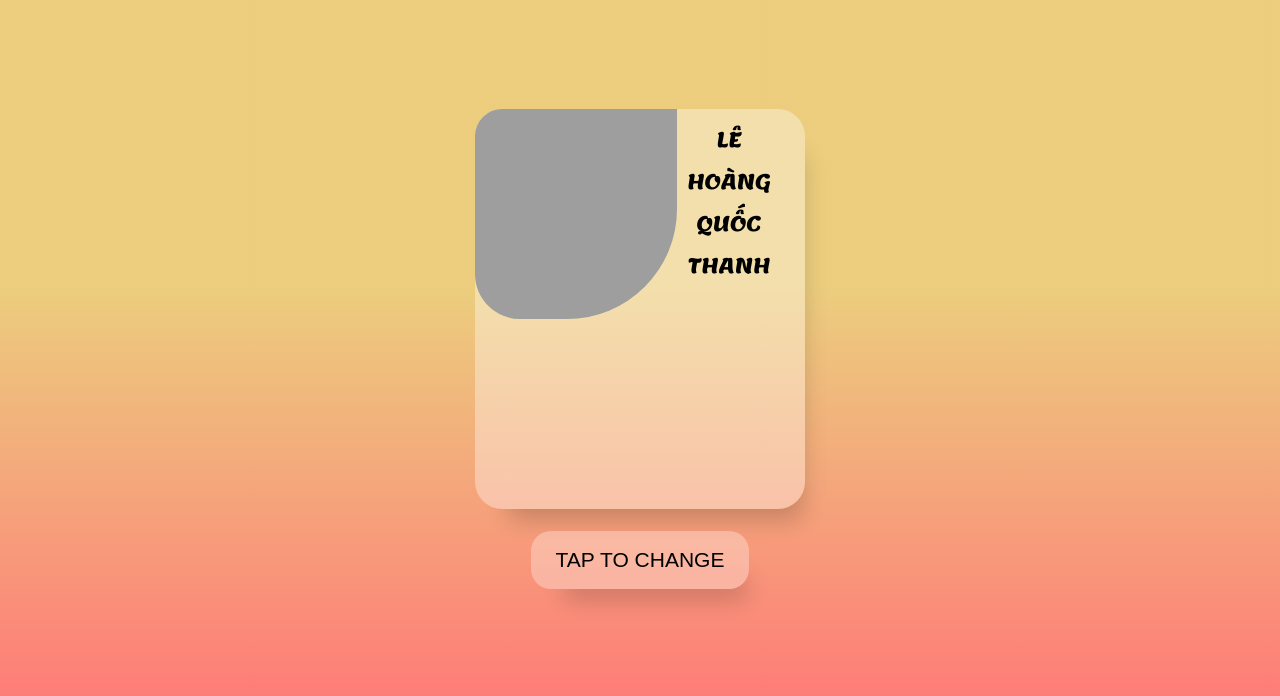
Repository: ThanhThn/profile
Page: index.html
An editor plug-in stored every save of this project. The page is shown before and after the next save, followed by the edit.
The browser window is 1280 px wide. The pictures show the whole page.
Pictures or frames that could not be fetched are drawn as grey boxes. Some web fonts or font styles are not loaded; a fallback is used.

Above is the page before, as saved 2022-12-05 19:31:52.

### index.html
<!DOCTYPE html>
<html lang="en">
<head>
    <meta charset="UTF-8">
    <meta http-equiv="X-UA-Compatible" content="IE=edge">
    <meta name="viewport" content="width=device-width, initial-scale=1.0">
    <title>Document</title>
    <link rel="stylesheet" href="style.css">
</head>
<body>
    <div class="container">
        <div class="content">
            <img src="avata.jpg" alt="avatar">
            <span class="name">LÊ hoàng quốc thanh</span>
        </div>
        <button class="btn">tap to change</button>
    </div>
</body>
</html>

### style.css
@import url('https://fonts.googleapis.com/css2?family=Kodchasan:wght@700&family=Lemonada:wght@300;600;700&family=Pacifico&display=swap');
*{
    padding: 0;
    margin: 0;
    box-sizing: border-box;
}

body{
    background:  linear-gradient( to bottom, rgba(223, 172,39,60%) 40%, rgba(255,22,22,58%) 100% );
    width: 100%;
    height: 100vh;
}
.container{
    position: absolute;
    top: 50%;
    left: 50%;
    transform: translate(-50%, -50%);
    display: flex;
    flex-direction: column;
    align-items: center;
}

.content{
    width: 330px;
    height: 400px;
    background: rgba(255, 255, 255, 35%);
    border-radius: 27px;
    box-shadow: rgba(0, 0, 0, .2) 15px 28px 25px -18px;
}

.content img{
    width: 202px;
    height: 210px;
    border-radius: 27px 0 110px 45px;
    object-fit: cover;
    object-position: -32px 0;
}

.content .name{
    width: 104px;
    font-size: 21px;
    text-transform: uppercase;
    font-weight: 700;
    font-family: 'Lemonada', cursive;
    position: absolute;
    text-align: center;
    top: 10px;
}

.btn{
    background: rgba(255, 255, 255, .3);
    width: 218px;
    height: 58px;
    border-radius: 20px;
    border: none;
    margin: 22px;
    font-family: 'Kodchasan', sans-serif;
    font-size: 21px;
    text-transform: uppercase;
    box-shadow: rgba(0, 0, 0, .2) 15px 28px 25px -18px;
    background-position: 0 90%;
    background-repeat: repeat no-repeat;

}

.btn:hover {
    box-shadow: rgba(0, 0, 0, .3) 2px 8px 8px -5px;
    transform: translate3d(0, 2px, 0);
}


.btn:focus {
  box-shadow: rgba(0, 0, 0, .3) 2px 8px 4px -6px;
}

After the next save:
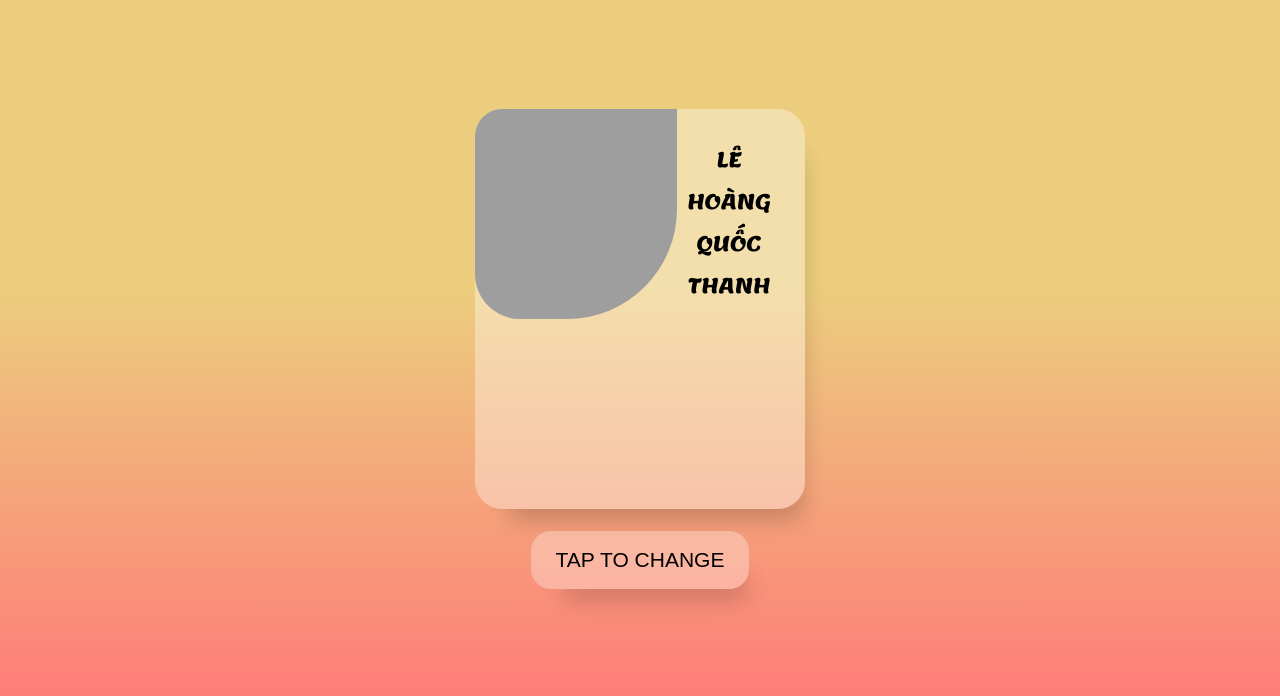
Saved 4 s later.
--- a/style.css
+++ b/style.css
@@ -44,7 +44,7 @@ body{
     font-family: 'Lemonada', cursive;
     position: absolute;
     text-align: center;
-    top: 10px;
+    top: 30px;
 }
 
 .btn{
